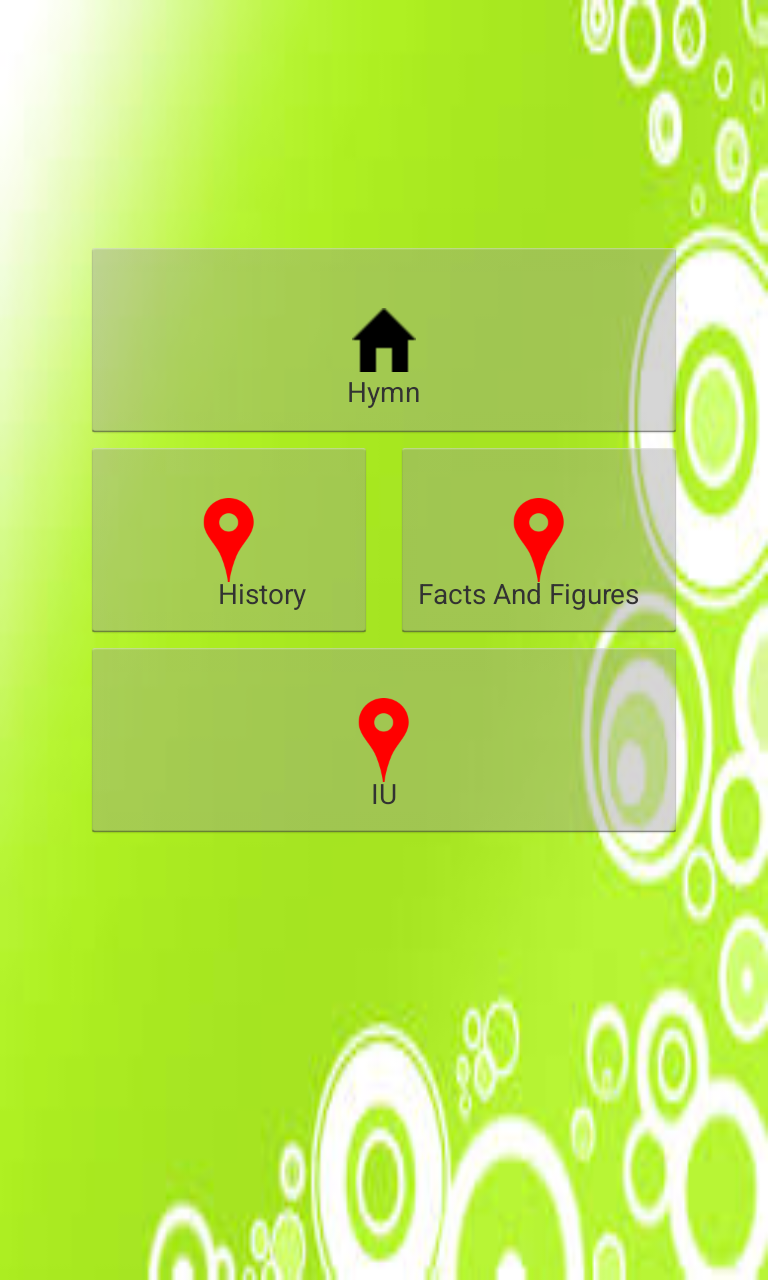
Repository: thoniemarie/TourdanetaGuide
Layout: Tourdaneta/Tourdaneta/res/layout/activity_home.xml
These files come from the project's save history. The layout is drawn as it stood at one moment and after the next save; the edit follows.
It is drawn on a 768 x 1280 px phone screen (xhdpi) without system bars, with theme AppTheme; the app's code is not run.

Above is the layout before, as saved 2014-09-07 04:37:07.

### Tourdaneta/Tourdaneta/res/layout/activity_home.xml
<RelativeLayout xmlns:android="http://schemas.android.com/apk/res/android"
    xmlns:tools="http://schemas.android.com/tools"
    android:layout_width="match_parent"
    android:layout_height="match_parent"
    android:background="@drawable/bg1"
    android:paddingBottom="@dimen/activity_vertical_margin"
    android:paddingLeft="@dimen/activity_horizontal_margin"
    android:paddingRight="@dimen/activity_horizontal_margin"
    android:paddingTop="@dimen/activity_vertical_margin"
    tools:context=".HomeActivity" >

    <ImageButton
        android:id="@+id/imageButton3"
        android:layout_width="145dp"
        android:layout_height="100dp"
        android:layout_alignRight="@+id/imageButton1"
        android:layout_below="@+id/imageButton1"
        android:src="@drawable/ic_launcher" />

    <ImageButton
        android:id="@+id/imageButton2"
        android:layout_width="145dp"
        android:layout_height="100dp"
        android:layout_alignLeft="@+id/imageButton1"
        android:layout_alignTop="@+id/imageButton3"
        android:src="@drawable/ic_launcher" />

    <ImageButton
        android:id="@+id/imageButton1"
        android:layout_width="300dp"
        android:layout_height="100dp"
        android:layout_alignParentTop="true"
        android:layout_centerHorizontal="true"
        android:layout_marginTop="104dp"
        android:src="@drawable/home" />

    <TextView
        android:id="@+id/textView3"
        android:layout_width="wrap_content"
        android:layout_height="wrap_content"
        android:layout_alignBaseline="@+id/textView2"
        android:layout_alignBottom="@+id/textView2"
        android:layout_alignRight="@+id/imageButton3"
        android:layout_marginRight="22dp"
        android:text="Facts And Figures" />

    <ImageButton
        android:id="@+id/imageButton4"
        android:layout_width="300dp"
        android:layout_height="100dp"
        android:layout_alignLeft="@+id/imageButton2"
        android:layout_below="@+id/imageButton3"
        android:src="@drawable/ic_launcher" />

    <TextView
        android:id="@+id/textView4"
        android:layout_width="wrap_content"
        android:layout_height="wrap_content"
        android:layout_alignBottom="@+id/imageButton4"
        android:layout_centerHorizontal="true"
        android:layout_marginBottom="14dp"
        android:text="IU" />

    <TextView
        android:id="@+id/textView2"
        android:layout_width="wrap_content"
        android:layout_height="wrap_content"
        android:layout_alignBottom="@+id/imageButton2"
        android:layout_marginBottom="14dp"
        android:layout_marginRight="44dp"
        android:layout_toLeftOf="@+id/imageButton3"
        android:text="History" />

    <TextView
        android:id="@+id/textView1"
        android:layout_width="wrap_content"
        android:layout_height="wrap_content"
        android:layout_alignBottom="@+id/imageButton1"
        android:layout_centerHorizontal="true"
        android:layout_marginBottom="15dp"
        android:text="Hymn" />

</RelativeLayout>

Loaded but not shown: Tourdaneta/Tourdaneta/res/values/styles.xml (common file); Tourdaneta/Tourdaneta/res/values-v11/styles.xml (common file); Tourdaneta/Tourdaneta/res/values-v14/styles.xml (common file); Tourdaneta/Tourdaneta/res/values/dimens.xml (common file); Tourdaneta/Tourdaneta/res/values-w820dp/dimens.xml (common file)

After the next save:
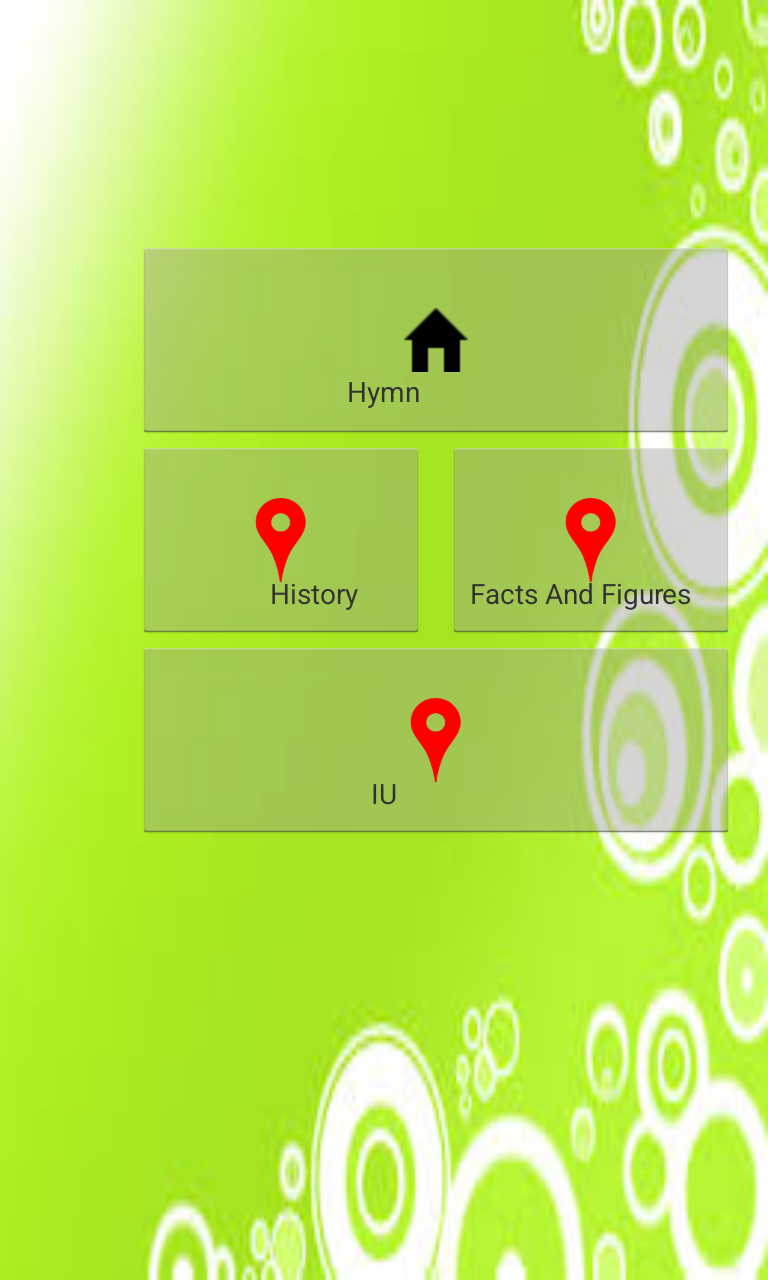
Saved 9 min 8 s later.
--- a/Tourdaneta/Tourdaneta/res/layout/activity_home.xml
+++ b/Tourdaneta/Tourdaneta/res/layout/activity_home.xml
@@ -29,8 +29,8 @@
         android:id="@+id/imageButton1"
         android:layout_width="300dp"
         android:layout_height="100dp"
+        android:layout_alignParentRight="true"
         android:layout_alignParentTop="true"
-        android:layout_centerHorizontal="true"
         android:layout_marginTop="104dp"
         android:src="@drawable/home" />
 
